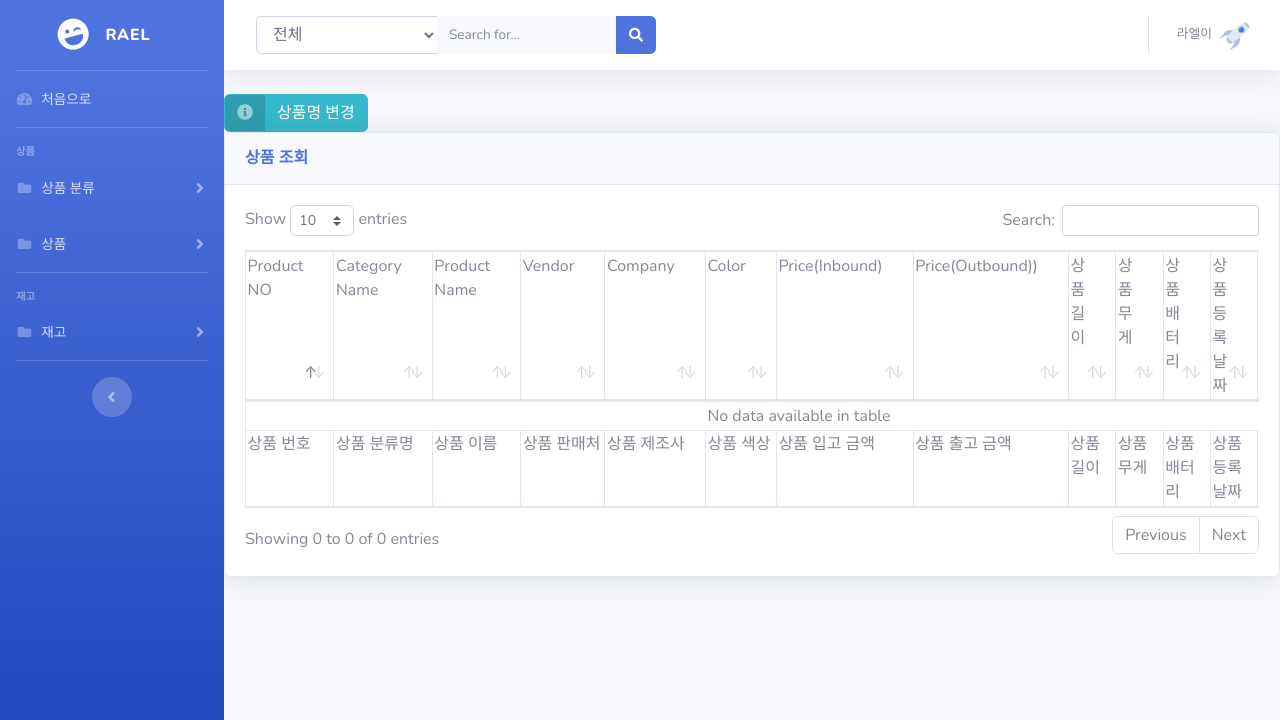
Repository: sww232/springRaelProject
Page: http://localhost/rael/WEB-INF/views/product/product_update_detail.jsp
The author's editor kept a copy of each file at every save. The page is drawn from the files as they stood at one save, then again after the next save.
The browser window is 1280 px wide. The pictures show the whole page.
The page is served by Tomcat 9. Nobody is signed in. Other server files are loaded and not shown. The template is opened directly, without the code that normally fills it, so the values that code supplies are empty.

Above is the page before, as saved 2022-10-07 11:06:37.

### raelproject3/rael/src/main/webapp/WEB-INF/views/product/product_update_detail.jsp
<%@ page language="java" contentType="text/html; charset=UTF-8" pageEncoding="UTF-8"%>
<%@ taglib uri="http://java.sun.com/jsp/jstl/core" prefix="c" %>
<%@ taglib prefix="sql" uri="http://java.sun.com/jsp/jstl/sql" %>
<%@ taglib prefix="fmt" uri="http://java.sun.com/jsp/jstl/fmt" %>
<!DOCTYPE html>
<html>
<head>
		<meta http-equiv="X-UA-Compatible" content="IE=edge">
		<meta name="viewport" content="width=device-width, initial-scale=1, shrink-to-fit=no">
	    <meta name="description" content="">
	    <meta name="author" content="">
	    <meta charset="UTF-8">
			<title></title>

		<link href="/vendor/fontawesome-free/css/all.min.css" rel="stylesheet" type="text/css">
		<link href="/css/modal.css" rel="stylesheet" type="text/css">
	    <link
	        href="https://fonts.googleapis.com/css?family=Nunito:200,200i,300,300i,400,400i,600,600i,700,700i,800,800i,900,900i"
	        rel="stylesheet">

	    <!-- Custom styles for this template -->
	    <link href="/css/sb-admin-2.min.css" rel="stylesheet">
	    <!-- Custom styles for this page -->
	    <link href="/vendor/datatables/dataTables.bootstrap4.min.css" rel="stylesheet">

	    <script src="/vendor/jquery/jquery.min.js"></script>
	    <script src="/vendor/bootstrap/js/bootstrap.bundle.min.js"></script>

	    <!-- Core plugin JavaScript-->
	    <script src="/vendor/jquery-easing/jquery.easing.min.js"></script>

	    <!-- Custom scripts for all pages-->
	    <script src="/js/sb-admin-2.min.js"></script>

	    <!-- Page level plugins -->
	    <script src="/vendor/datatables/jquery.dataTables.min.js"></script>
	    <script src="/vendor/datatables/dataTables.bootstrap4.min.js"></script>

	    <!-- Page level custom scripts -->
	    <script src="/js/demo/datatables-demo.js"></script>


	</head>


	<body id="page-top">
		<div id="wrapper">
			<ul class="navbar-nav bg-gradient-primary sidebar sidebar-dark accordion" id="accordionSidebar">
            	<!-- Sidebar - Brand -->
	            <a class="sidebar-brand d-flex align-items-center justify-content-center" href="/">
	                <div class="sidebar-brand-icon rotate-n-15">
	                    <i class="fas fa-laugh-wink"></i>
	                </div>

	                <div class="sidebar-brand-text mx-3"> RAEL </div>
	            </a>

	            <!-- Divider -->
	            <hr class="sidebar-divider my-0">

	            <!-- Nav Item - Dashboard -->
	            <li class="nav-item">
	                <a class="nav-link" href="/">
	                    <i class="fas fa-fw fa-tachometer-alt"></i>
	                    <span>처음으로</span></a>
	            </li>

	            <!-- Divider -->
	            <hr class="sidebar-divider">

	            <!-- Heading -->
	            <div class="sidebar-heading">
	                상품
	            </div>

	            <!-- Nav Item - Pages Collapse Menu -->
	            <li class="nav-item">
	                <a class="nav-link collapsed" href="#" data-toggle="collapse" data-target="#collapseTwo"
	                    aria-expanded="true" aria-controls="collapseTwo">
	                    <i class="fas fa-fw fa-folder"></i>
	                    <span>상품 분류</span>
	                </a>
	                <div id="collapseTwo" class="collapse" aria-labelledby="headingTwo" data-parent="#accordionSidebar">
	                    <div class="bg-white py-2 collapse-inner rounded">
	                        <h6 class="collapse-header">상풍 분류 탭</h6>
	                        <a class="collapse-item" href="/product/category_select?page=1&recordSize=10&pageSize=10">상품 분류 조회</a>
	                        <a class="collapse-item" href="/product/category_insert?insertresult=0">상품 분류 등록</a>
	                        <a class="collapse-item" href="/product/category_update">상품 분류 수정</a>
	                    </div>
	                </div>
	            </li>

	            <!-- Nav Item - Utilities Collapse Menu -->
	            <li class="nav-item">
	                <a class="nav-link collapsed" href="#" data-toggle="collapse" data-target="#collapseUtilities"
	                    aria-expanded="true" aria-controls="collapseUtilities">
	                    <i class="fas fa-fw fa-folder"></i>
	                    <span>상품</span>
	                </a>
	                <div id="collapseUtilities" class="collapse" aria-labelledby="headingUtilities"
	                    data-parent="#accordionSidebar">
	                    <div class="bg-white py-2 collapse-inner rounded">
	                        <h6 class="collapse-header">상품 탭</h6>
	                        <a class="collapse-item" href="/product/all_select?page=1&recordSize=10&pageSize=10">상품 조회</a>
	                        <a class="collapse-item" href="/product/product_insert">상품 등록</a>
	                        <a class="collapse-item" href="/product/product_insert_detail">상품 추가 등록</a>
	                        <a class="collapse-item" href="/product/product_update">상품명/상세정보 수정</a>
	                    </div>
	                </div>
	            </li>

	            <!-- Divider -->
	            <hr class="sidebar-divider">

	            <!-- Heading -->
	            <div class="sidebar-heading">
	                재고
	            </div>

	            <!-- Nav Item - Pages Collapse Menu -->
	            <li class="nav-item">
	                <a class="nav-link collapsed" href="#" data-toggle="collapse" data-target="#collapsePages"
	                    aria-expanded="true" aria-controls="collapsePages">
	                    <i class="fas fa-fw fa-folder"></i>
	                    <span>재고</span>
	                </a>
	                <div id="collapsePages" class="collapse" aria-labelledby="headingPages" data-parent="#accordionSidebar">
	                    <div class="bg-white py-2 collapse-inner rounded">
	                        <h6 class="collapse-header">재고</h6>
	                        <a class="collapse-item" href="/stock/stock_select?page=1&recordSize=10&pageSize=10">재고 조회 및 입/출고</a>
	                        <div class="collapse-divider"></div>
	                        <h6 class="collapse-header">재고 입/출고</h6>
	                        <a class="collapse-item" href="/stock/stock_history?page=1&recordSize=10&pageSize=10">내역</a>
	                        <a class="collapse-item" href="/stock/stock_history_cancel?page=1&recordSize=10&pageSize=10">취소</a>
	                    </div>
	                </div>
	            </li>

	            <!-- Divider -->
	            <hr class="sidebar-divider d-none d-md-block">

	            <!-- Sidebar Toggler (Sidebar) -->
	            <div class="text-center d-none d-md-inline">
	                <button class="rounded-circle border-0" id="sidebarToggle"></button>
	            </div>

        	</ul>

       		<!-- End of Sidebar -->

	        <!-- Content Wrapper -->
	        <div id="content-wrapper" class="d-flex flex-column">

	            <!-- Main Content -->
	            <div id="content">

	                <!-- Topbar -->
	                <nav class="navbar navbar-expand navbar-light bg-white topbar mb-4 static-top shadow">

	                    <!-- Sidebar Toggle (Topbar) -->
	                    <form class="form-inline">
	                        <button id="sidebarToggleTop" class="btn btn-link d-md-none rounded-circle mr-3">
	                            <i class="fa fa-bars"></i>
	                        </button>
	                    </form>

	                    <!-- Topbar Search -->
	                    <form class="d-none d-sm-inline-block form-inline mr-auto ml-md-3 my-2 my-md-0 mw-100 navbar-search"
	                     id="searchForm" autocomplete="off" action="/product/all_select?page=1&recordSize=10&pageSize=10">

							<div class="input-group">
								<select id="searchType" name="searchType" class="form-control">
						           <option value="" selected>전체</option>
						           <option value="product_name">제품 이름</option>
						           <option value="product_company">회사명</option>
								</select>
								<input type="text" class="form-control bg-light border-0 small" placeholder="Search for..."
                                aria-label="Search" aria-describedby="basic-addon2" id="keyword" name="keyword">
                                <div class="input-group-append">
	                                <button class="btn btn-primary" type="submit">
	                                    <i class="fas fa-search fa-sm"></i>
	                                </button>
                            	</div>
					    	</div>
						</form>



	                    <!-- Topbar Navbar -->
	                    <ul class="navbar-nav ml-auto">

	                        <!-- Nav Item - Search Dropdown (Visible Only XS) -->
	                        <li class="nav-item dropdown no-arrow d-sm-none">
	                            <a class="nav-link dropdown-toggle" href="#" id="searchDropdown" role="button"
	                                data-toggle="dropdown" aria-haspopup="true" aria-expanded="false">
	                                <i class="fas fa-search fa-fw"></i>
	                            </a>
	                            <!-- Dropdown - Messages -->
	                            <div class="dropdown-menu dropdown-menu-right p-3 shadow animated--grow-in"
	                                aria-labelledby="searchDropdown">
	                                <form class="form-inline mr-auto w-100 navbar-search">
	                                    <div class="input-group">
	                                        <input type="text" class="form-control bg-light border-0 small"
	                                            placeholder="Search for..." aria-label="Search"
	                                            aria-describedby="basic-addon2">
	                                        <div class="input-group-append">
	                                            <button class="btn btn-primary" type="button">
	                                                <i class="fas fa-search fa-sm"></i>
	                                            </button>
	                                        </div>
	                                    </div>
	                                </form>
	                            </div>
	                        </li>

	                        <div class="topbar-divider d-none d-sm-block"></div>

	                        <!-- Nav Item - User Information -->
	                        <li class="nav-item dropdown no-arrow">
	                            <a class="nav-link dropdown-toggle" href="#" id="userDropdown" role="button"
	                                data-toggle="dropdown" aria-haspopup="true" aria-expanded="false">
	                                <span class="mr-2 d-none d-lg-inline text-gray-600 small">라엘이</span>
	                                <img class="img-profile rounded-circle"
	                                    src="/img/undraw_rocket.svg">
	                            </a>
	                            <!-- Dropdown - User Information -->
	                            <div class="dropdown-menu dropdown-menu-right shadow animated--grow-in"
	                                aria-labelledby="userDropdown">
	                                <div class="dropdown-divider"></div>
	                                <a class="dropdown-item" href="#" data-toggle="modal" data-target="#logoutModal">
	                                    <i class="fas fa-sign-out-alt fa-sm fa-fw mr-2 text-gray-400"></i>
	                                    Logout
	                                </a>
	                            </div>
	                        </li>
						</ul>
					</nav>
					<button class="btn btn-info btn-icon-split" onclick="location.href='product_update?categoryBox=${categoryBox}'">
					    <span class="icon text-white-50">
					    	<i class="fas fa-info-circle"></i>
					    </span>
			    		<span class="text">상품명 변경</span>
			    	</button>
					<div class="card shadow mb-4">
					<div class="card-header py-3">
					    <h6 class="m-0 font-weight-bold text-primary">상품 조회</h6>
					</div>
					<div class="card-body">
						<div class="table-responsive">
							<div id="dataTable_wrapper" class="dataTables_wrapper dt-bootstrap4">
								<div class="row">
									<div class="col-sm-12">
										<form>
											<table class="table table-bordered" id="dataTable" width="100%" cellspacing="0">

												<thead>
													<tr>
														<td>Product NO</td>
														<td>Category Name</td>
														<td>Product Name</td>
														<td>Vendor</td>
														<td>Company</td>
														<td>Color</td>
														<td>Price(Inbound)</td>
														<td>Price(Outbound))</td>
														<td>상품 길이</td>
														<td>상품 무게</td>
														<td>상품 배터리</td>
														<td>상품 등록날짜</td>
														<td>상품 수정날짜</td>
														<td>상품 설명</td>
													</tr>
												</thead>
												<tfoot>
													<tr>
														<td>상품 번호</td>
														<td>상품 분류명</td>
														<td>상품 이름</td>
														<td>상품 판매처</td>
														<td>상품 제조사</td>
														<td>상품 색상</td>
														<td>상품 입고 금액</td>
														<td>상품 출고 금액</td>
														<td>상품 길이</td>
														<td>상품 무게</td>
														<td>상품 배터리</td>
														<td>상품 등록날짜</td>
														<td>상품 수정날짜</td>
														<td>상품 설명</td>
													</tr>
												</tfoot>
												<tbody>
													<c:forEach items="${datas.list}" var="data">
														<input type="hidden" name="categoryBox" value="${categoryBox}" readonly>
														<tr>
															<td>
																<button type="submit" class="btn btn-secondary btn-icon-split"
																value="${data.PRODUCTNUM} / ${data.PRODUCTBYNUM}"
																formaction="/product/product_update_detail/${data.PRODUCTNUM}/${data.PRODUCTBYNUM}">
																	<span class="icon text-white-50">
																		<i class="fas fa-arrow-right"></i>
																	</span>
																	<span class="text">${data.PRODUCTNUM}</span>
																</button>

															</td>
															<td>${data.PRODUCTCATEGORYNAME}</td>
															<td>${data.PRODUCTNAME}</td>
															<td>${data.PRODUCTVENDOR}
															<td>${data.PRODUCTCOMPANY}</td>
															<td>${data.PRODUCTCOLOR}</td>
															<td>${data.PRODUCTPRICEINBOUND}</td>
															<td>${data.PRODUCTPRICEOUTBOUND}</td>
															<td>${data.PRODUCTLENGTH}
															<td>${data.PRODUCTWEIGHT}
															<td>${data.PRODUCTVOLT}</td>
															<td>${data.APPENDDATE}</td>
															<td>${data.UPDATEDATE}</td>
															<td>${data.PRODUCTDESCRIPTION}</td>
														</tr>
													</c:forEach>
												</tbody>
											</table>

										</form>
				</div>          	</div>
	    	<!-- End of Topbar -->
	    	</div>
	    </div>

	<div class="container">




	<form>

		<table class="rwd-table">
				<thead>
					<tr>

					</tr>
				</thead>

				<tbody>

				</tbody>
			</table>
		</form>
	    <c:if test="${datas.pagination.totalPageCount < 1}">
	        <span>0</span>
	    </c:if>
	    <c:if test="${datas.pagination.existPrevPage eq true}">
	    	<span><a href='<c:url value="/product/product_update_detail?categoryBox=${categoryBox}&page=${datas.pagination.startPage-1}&recordSize=10&pageSize=10"/>'>이전</a></span>
	    </c:if>
	    <c:if test="${datas.pagination.totalPageCount > 0}">
	   		<c:forEach begin="${datas.pagination.startPage}" end="${datas.pagination.endPage}" var="num">
	   			<span><a href='<c:url value="/product/product_update_detail?categoryBox=${categoryBox}&page=${num}&recordSize=10&pageSize=10"/>'>${num}</a></span>
	   		</c:forEach>
	    </c:if>
	    <c:if test="${datas.pagination.existNextPage eq true}">
	        <span><a href='<c:url value="/product/product_update_detail?categoryBox=${categoryBox}&page=${datas.pagination.endPage+1}&recordSize=10&pageSize=10"/>'>다음</a></span>
	    </c:if>
	</div>
	<c:if test="${updateresult eq 1}">
			<script>
				alert("수정 완료!")
			</script>
	</c:if>
</body>
</html>

### raelproject3/rael/src/main/resources/static/css/modal.css
@charset "UTF-8";

.modal{
	position: fixed;
	top: 0;
	z-index: 1050;
	display: none;
	width: 100%;
	height: 100%;
	overflow: hidden;
	outline: 0;
}

.modal-dialog{
	position: relative;
	width: auto;
	margin: .5rem;
	pointer-events: none;
}

### raelproject3/rael/src/main/resources/static/img/undraw_rocket.svg
<?xml version="1.0" encoding="utf-8"?>
<!-- Generator: Adobe Illustrator 25.0.0, SVG Export Plug-In . SVG Version: 6.00 Build 0)  -->
<svg version="1.1" id="b759170a-51c3-4e2f-999d-77dec9fd6d11"
	 xmlns="http://www.w3.org/2000/svg" xmlns:xlink="http://www.w3.org/1999/xlink" x="0px" y="0px" viewBox="0 0 650.9 610.5"
	 style="enable-background:new 0 0 650.9 610.5;" xml:space="preserve">
<style type="text/css">
	.st0{fill:#AFC0E0;}
	.st1{opacity:0.2;fill:#FFFFFF;enable-background:new    ;}
	.st2{opacity:0.1;enable-background:new    ;}
	.st3{fill:#E3E8F4;}
	.st4{fill:#4E73DF;}
</style>
<path class="st0" d="M174,321c-2-1.6-4.2-3-6.6-4.2c-51.8-26.2-157,67.8-157,67.8L0,372.7c0,0,42.1-43.8,92.4-117.3
	c45.2-66.1,150.7-51.8,171.4-48.3c2.3,0.4,3.6,0.7,3.6,0.7C298.7,288.3,174,321,174,321z"/>
<path class="st1" d="M269.4,213.9c-0.6-2-1.3-4-2-6c0,0-1.2-0.2-3.6-0.7c-20.7-3.5-126.2-17.8-171.4,48.3C42.1,329,0,372.7,0,372.7
	l5.9,6.7c0,0,42.1-43.8,92.4-117.3C143.3,196.3,248,210.2,269.4,213.9z"/>
<path class="st0" d="M337.7,533.4c-79.2,40.8-127.8,77.1-127.8,77.1l-10.5-11.9c0,0,111.1-96.8,85.3-150.9c-0.5-1.2-1.2-2.3-1.9-3.4
	c0,0,47.9-119.6,123.9-78.5c0,0,0.1,1,0.2,2.9C407.8,387.8,409.7,496.3,337.7,533.4z"/>
<path class="st2" d="M174,321c-2-1.6-4.2-3-6.6-4.2c29.3-38.9,61.5-75.5,96.3-109.7c2.3,0.4,3.6,0.7,3.6,0.7
	C298.7,288.3,174,321,174,321z"/>
<path class="st2" d="M406.9,368.6c-38.6,29.6-79.4,56.1-122.3,79.1c-0.5-1.2-1.2-2.3-1.9-3.4c0,0,47.9-119.6,123.9-78.5
	C406.7,365.7,406.8,366.7,406.9,368.6z"/>
<path class="st3" d="M263.6,455.5c-20.3,10.4-41.6,20.5-64,30.2c-33.6,14.6-51.5-2.2-80.7-91.5c0,0,12.5-22.5,37.2-57
	c54.3-75.8,167.5-209.1,336.1-286.7C542.7,27.1,596.1,10.1,650.9,0c0,0-9.1,68.8-62,160.1S439.1,365.3,263.6,455.5z"/>
<circle class="st0" cx="435.6" cy="199.7" r="71.6"/>
<path class="st4" d="M469.2,237.9c-21,18.6-53.1,16.6-71.7-4.5c-7.8-8.8-12.2-20-12.7-31.8c-0.2-4.7,0.3-9.4,1.4-14
	c0.5-2,1.1-4.1,1.9-6c2.9-7.7,7.7-14.5,13.8-19.9c0.3-0.3,0.6-0.5,0.9-0.8c17.1-14.4,41.5-15.9,60.3-3.8c3.5,2.3,6.7,4.9,9.5,7.9
	l1,1.1C492.2,187.2,490.2,219.3,469.2,237.9C469.2,237.8,469.2,237.9,469.2,237.9z"/>
<path class="st0" d="M588.9,160.1c-83-35.2-96.8-109.6-96.8-109.6C542.7,27,596.1,10.1,650.9,0C650.9,0,641.8,68.8,588.9,160.1z"/>
<path class="st0" d="M263.6,455.5c-13.7,7.1-27.9,13.9-42.6,20.7c-7,3.2-14.1,6.4-21.4,9.5c-10.9,4.7-51.5-2.2-80.7-91.5
	c0,0,4.1-7.3,12.1-20c6.1-9.6,14.5-22.2,25.1-37c0,0,11,33.2,41.1,67.3C215.8,425.7,238.4,443,263.6,455.5z"/>
<path class="st3" d="M221,476.2c-7,3.2-14.1,6.4-21.4,9.5c-10.9,4.7-51.5-2.2-80.7-91.5c0,0,4.1-7.3,12.1-20
	C131,374.2,170.2,456.9,221,476.2z"/>
<path class="st1" d="M463.2,157l-0.1,0l-60.1,3.9c-0.3,0.3-0.6,0.5-0.9,0.8c-6.2,5.4-10.9,12.3-13.8,19.9l84.5-16.6L463.2,157z"/>
<path class="st1" d="M438.8,194.3l-53.9,7.3c-0.2-4.7,0.3-9.4,1.4-14l52.8,1.4L438.8,194.3z"/>
<path class="st1" d="M131.7,408.7c0,0,12.5-22.5,37.2-57C223.2,276,336.4,142.7,504.9,65c45.6-21.1,93.3-36.9,142.5-47.3
	C650.1,6.4,650.9,0,650.9,0c-54.8,10.1-108.2,27-158.7,50.5c-168.6,77.7-281.8,211-336.1,286.7c-24.7,34.4-37.2,57-37.2,57
	c11.5,35.3,26.6,57,40.5,70.3C149.4,451.4,139.7,433.3,131.7,408.7z"/>
</svg>

Loaded but not shown: raelproject3/rael/src/main/resources/static/css/sb-admin-2.min.css (library); raelproject3/rael/src/main/resources/static/js/sb-admin-2.min.js (common file); raelproject3/rael/src/main/resources/static/js/demo/datatables-demo.js (common file)

After the next save:
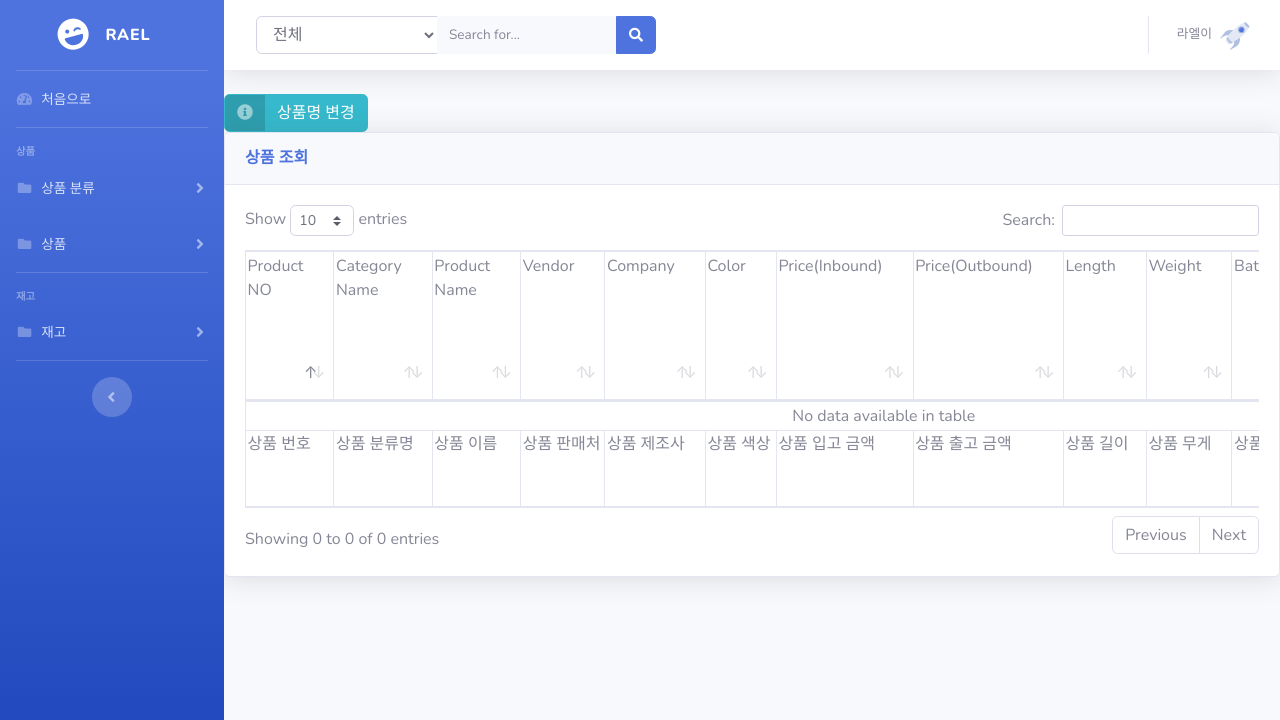
Saved 28 s later.
--- a/raelproject3/rael/src/main/webapp/WEB-INF/views/product/product_update_detail.jsp
+++ b/raelproject3/rael/src/main/webapp/WEB-INF/views/product/product_update_detail.jsp
@@ -262,11 +262,11 @@
 														<td>Company</td>
 														<td>Color</td>
 														<td>Price(Inbound)</td>
-														<td>Price(Outbound))</td>
-														<td>상품 길이</td>
-														<td>상품 무게</td>
-														<td>상품 배터리</td>
-														<td>상품 등록날짜</td>
+														<td>Price(Outbound)</td>
+														<td>Length</td>
+														<td>Weight</td>
+														<td>Battery</td>
+														<td>Registered Date</td>
 														<td>상품 수정날짜</td>
 														<td>상품 설명</td>
 													</tr>
